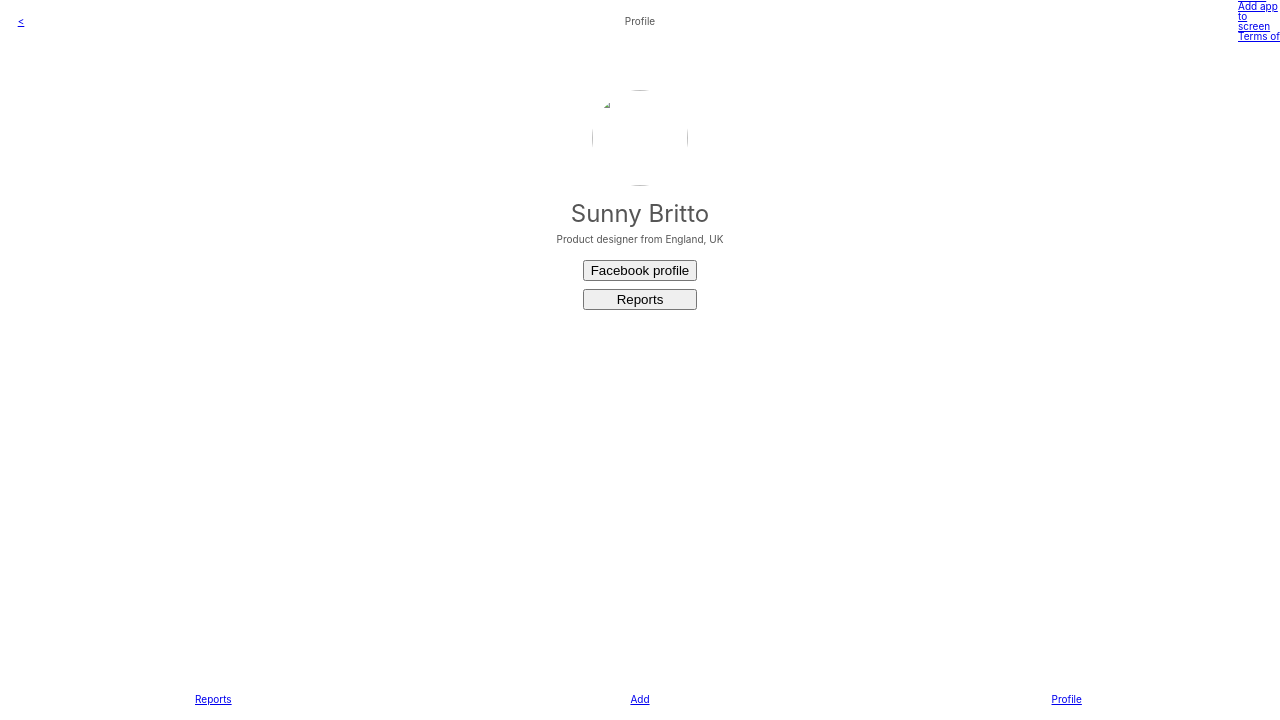
Repository: aleksandrenko/html-css-playground
Page: profile.html
The author's editor kept a copy of each file at every save. The page is drawn from the files as they stood at one save, then again after a run of saves.
The browser window is 1280 px wide. The pictures show the whole page.

Above is the page before, as saved 2018-01-19 15:29:15.

### profile.html
<!DOCTYPE html>
<html lang="en">
<head>
  <meta charset="UTF-8">
  <link rel="stylesheet" href="./css/shared.css">
  <link rel="stylesheet" href="./css/pages/profile.css">
</head>
<body>

<app>
  <header>
    <left>
      <history-control>
        <a href="#"><</a>
      </history-control>
    </left>
    <middle>
      <page-name>Profile</page-name>
    </middle>
    <right>
      <context-menu>
        <a href="#">About</a>
        <a href="#">Add app to screen</a>
        <a href="#">Terms of use</a>
      </context-menu>
    </right>
  </header>
  <main>
      <profile>
        <picture>
          <img src="#" alt="">
        </picture>
        <name>Sunny Britto</name>
        <information>Product designer from England, UK</information>

        <actions>
          <button>Facebook profile</button>
          <button>Reports</button>
        </actions>
      </profile>
  </main>
  <footer>
    <nav>
      <a href="#">Reports</a>
      <a href="#">Add</a>
      <a href="profile.html">Profile</a>
    </nav>
  </footer>
</app>

</body>
</html>

### css/shared.css
@import "config.css";
@import "reset.css";
@import "global.css";

@import "debug.css";

@import "layout.css";

### css/pages/profile.css
profile {
  position: absolute;
  top: 0;
  bottom: 0;
  left: 0;
  right: 0;

  display: flex;
  flex-direction: column;
  align-items: center;
}

profile picture img {
  width: 96px;
  height: 96px;
  border-radius: 50%;
  margin-top: 3rem;
  display: block;
}

profile name {
  font-size: 1.5rem;
  padding-top: 1rem;
  padding-bottom: 0.5rem;
}

profile actions {
  margin-top: 1rem;
  display: block;
}

profile actions button {
  width: 100%;
  margin-bottom: 0.5rem;
}

### css/config.css
:root {
    --header-height: 42px;
    --footer-height: 42px;

    --min-width: 320px;
    --min-height: 460px;

    --text-global-color: #555;
    --text-global-font: "SF Pro Display", "SF Pro Icons", "Helvetica Neue", "Helvetica", "Roboto", "Arial" ,sans-serif;
}

### css/reset.css
html, body, div, span,
h1, h2, h3, h4, h5, h6, p,
a, abbr, acronym, address, img,
small, strike, strong,
b, u, i, center, ol, ul, li,
fieldset, form, label, footer, header,
menu, nav, section {
    margin: 0;
    padding: 0;
    border: 0;
    font-size: 100%;
    font: inherit;
    vertical-align: baseline;
}
/* HTML5 display-role reset for older browsers */
article, aside, details, figcaption, figure,
footer, header, hgroup, menu, nav, section {
    display: block;
}
body {
    line-height: 1;
}
ol, ul {
    list-style: none;
}

### css/global.css
body {
    min-height: var(--min-height);
    min-width: var(--min-width);

    overflow-x: hidden;
    -webkit-font-smoothing: antialiased;
    text-rendering: optimizeLegibility;

    font-size: 10px;
}

* {
    box-sizing: border-box;
    display: block;
}

app {
    font-family: var(--text-global-font);
    color: var(--text-global-color);
    background: white;
    overflow-x: hidden;
}

### css/debug.css
body * {
  /* border: solid 1px rgba(0,0,0,0.2); */
}

### css/layout.css
app {
  display: flex;
  flex-direction: column;
  position: fixed;
  top: 0;
  bottom: 0;
  left: 0;
  right: 0;
}

/* app header */

app header {
  display: flex;
  height: 42px;
}

app header left {
  width: 42px;
}

app header > * {
  display: flex;
  justify-content: center;
  align-items: center;
  overflow: hidden;
}

app header middle {
  flex: 1;
}

app header middle page-name {
  text-align: center;
  white-space: nowrap;
  max-width: 90%;
  text-overflow: ellipsis;
  overflow: hidden;
}

app header right {
  width: 42px;
}

/* app main */

app main {
  flex: 1;
  position: relative;
  overflow: hidden;
}

/* app footer */

app footer {
  height: 42px;
  position: relative;
}

app footer nav {
  display: flex;
  flex-direction: row;
  height: 100%;
  align-items: center;
}

app footer nav a {
  flex: 1;
  text-align: center;
}

After the next 2 saves:
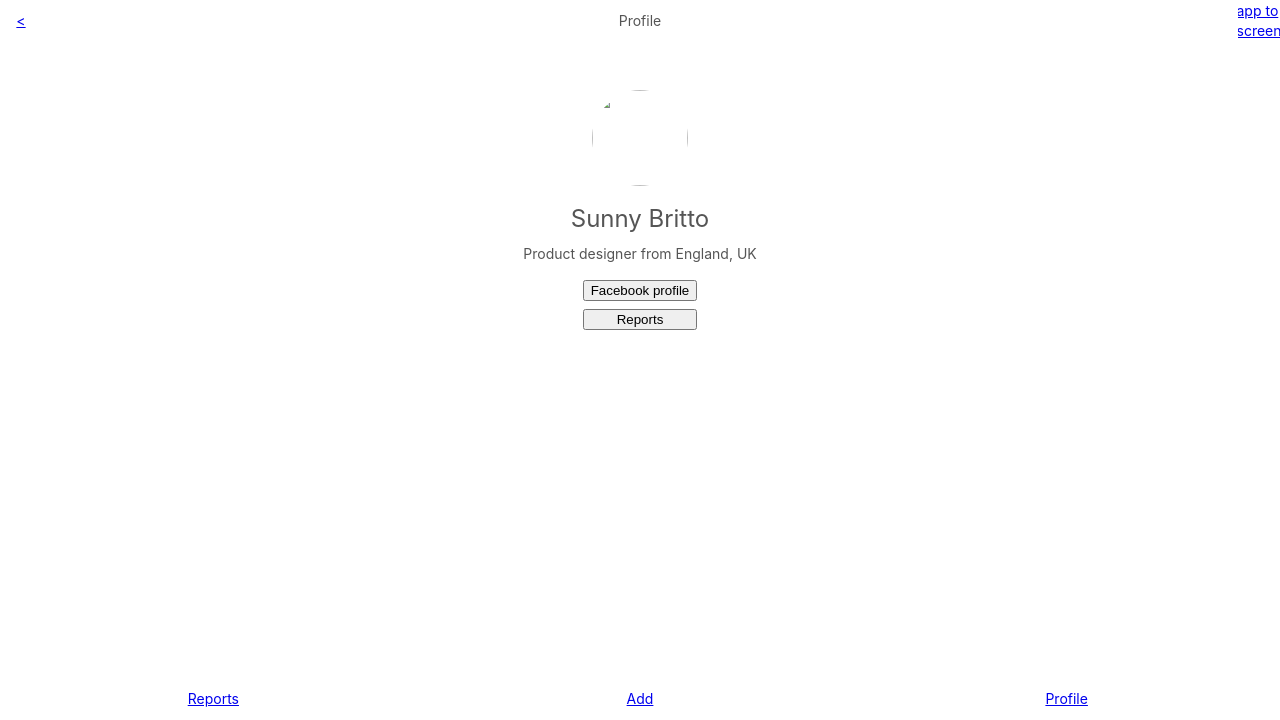
The 2 saves are shown as one change because they came seconds apart.
The last was saved 28 s later.
--- a/css/global.css
+++ b/css/global.css
@@ -6,7 +6,8 @@ body {
     -webkit-font-smoothing: antialiased;
     text-rendering: optimizeLegibility;
 
-    font-size: 10px;
+    font-size: 14px;
+    line-height: 1.428571429;
 }
 
 * {
